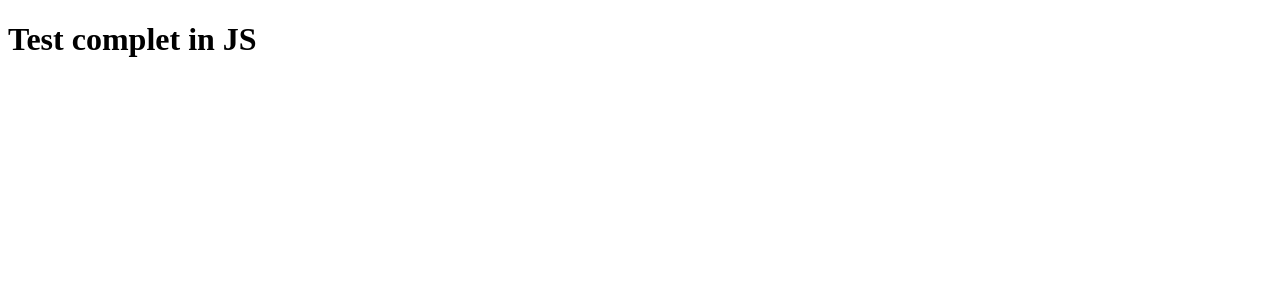
Repository: Parnicoza/testecomplete
Page: testcompletJS-1.html
The author's editor kept a copy of each file at every save. The page is drawn from the files as they stood at one save, then again after the next save.
The browser window is 1280 px wide. The pictures show the whole page.

Above is the page before, as saved 2025-03-06 01:08:22.

### testcompletJS-1.html
<!DOCTYPE html>
<html>

<head>
    <title>Primul test in Js</title>
</head>
<body>

    <h1>Test complet in JS</h1>

    <script>
    let cartepreferata = "1984";
    let andepublicare = "1949";
    let aicititcartea = "true";
    let oras = "Bucuresti";

    console.log(cartepreferata);
    console.log(andepublicare);
    console.log(aicititcartea);
    console.log(oras);
    </script>
</body>
</html>

After the next save:
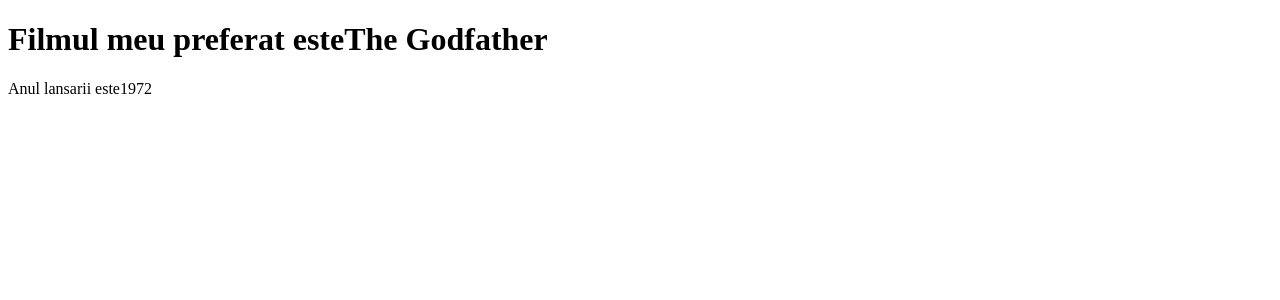
Saved 16 min 51 s later.
--- a/testcompletJS-1.html
+++ b/testcompletJS-1.html
@@ -6,18 +6,15 @@
 </head>
 <body>
 
-    <h1>Test complet in JS</h1>
+    <h1 id="film"></h1>
+    <p id="an"></p>
 
     <script>
-    let cartepreferata = "1984";
-    let andepublicare = "1949";
-    let aicititcartea = "true";
-    let oras = "Bucuresti";
+    let film = "The Godfather";
+    let an = 1972;
 
-    console.log(cartepreferata);
-    console.log(andepublicare);
-    console.log(aicititcartea);
-    console.log(oras);
+    document.getElementById("film").innerHTML = "Filmul meu preferat este" +film;
+    document.getElementById("an").innerHTML = "Anul lansarii este" +an;
     </script>
 </body>
 </html>
